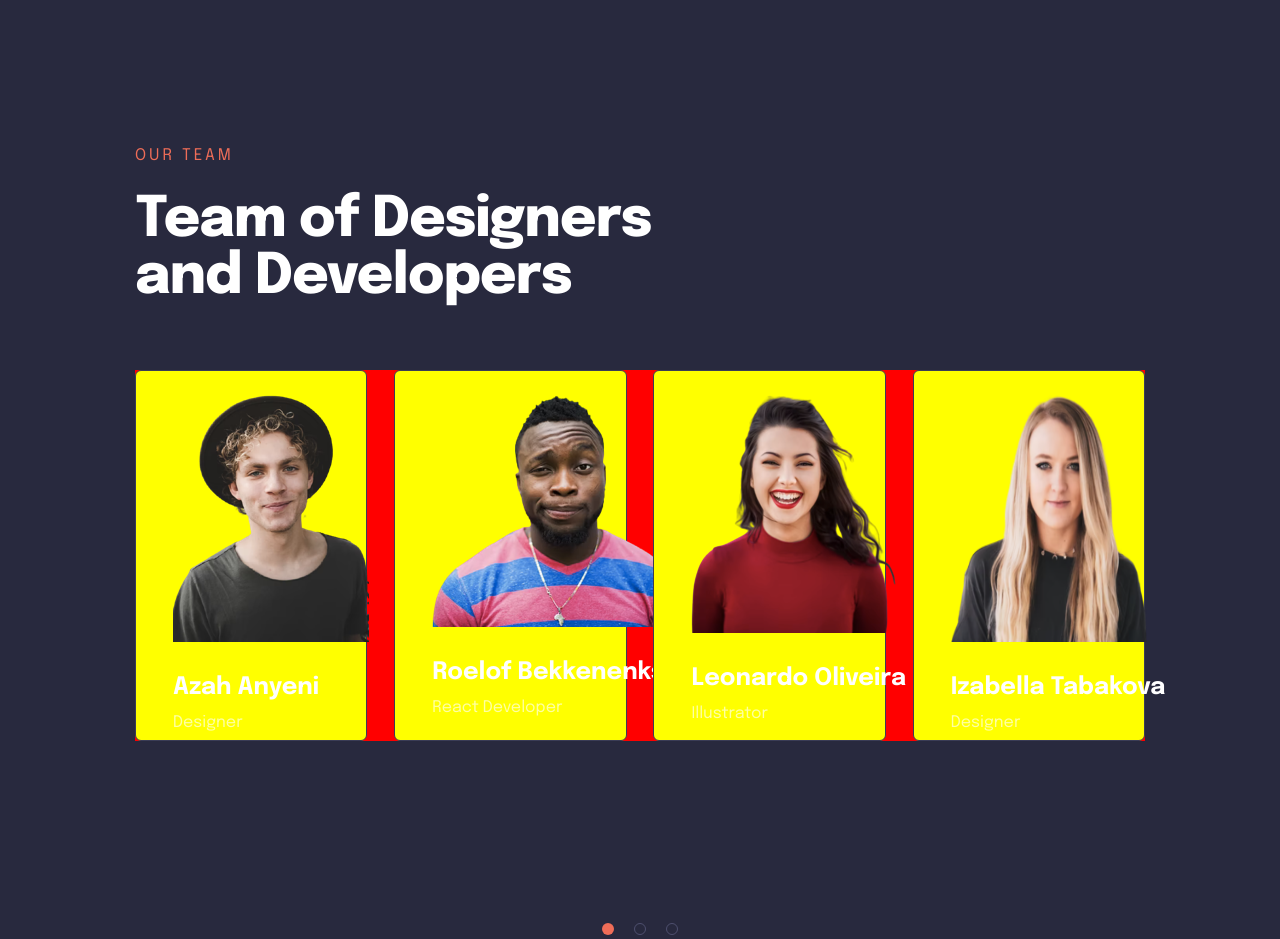
Repository: simralgasimov/ourteam
Page: index.html
These files come from the project's save history. The page is drawn as it stood at one moment and after the next save; the edit follows.
The browser window is 1280 px wide. The pictures show the whole page.

Above is the page before, as saved 2023-09-06 13:04:47.

After the next save:
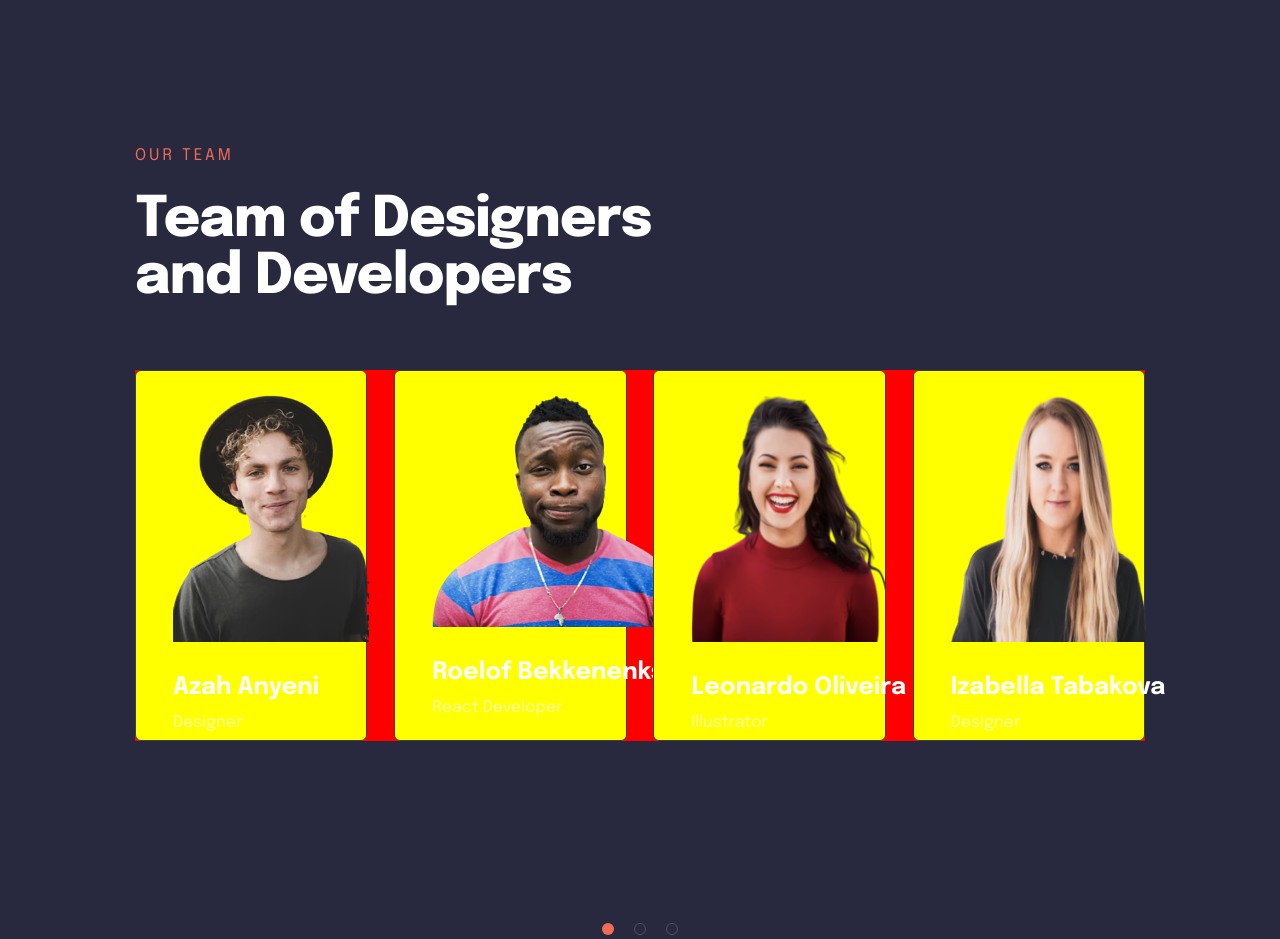
Saved 7 s later.
--- a/index.css
+++ b/index.css
@@ -59,7 +59,7 @@
   width: 196px;
   height: 247px;
 }
-.container-1 .box:first-child img {
+.container-1 .box:nth-child(3) img {
   width: 196px;
   height: 247px;
 }
